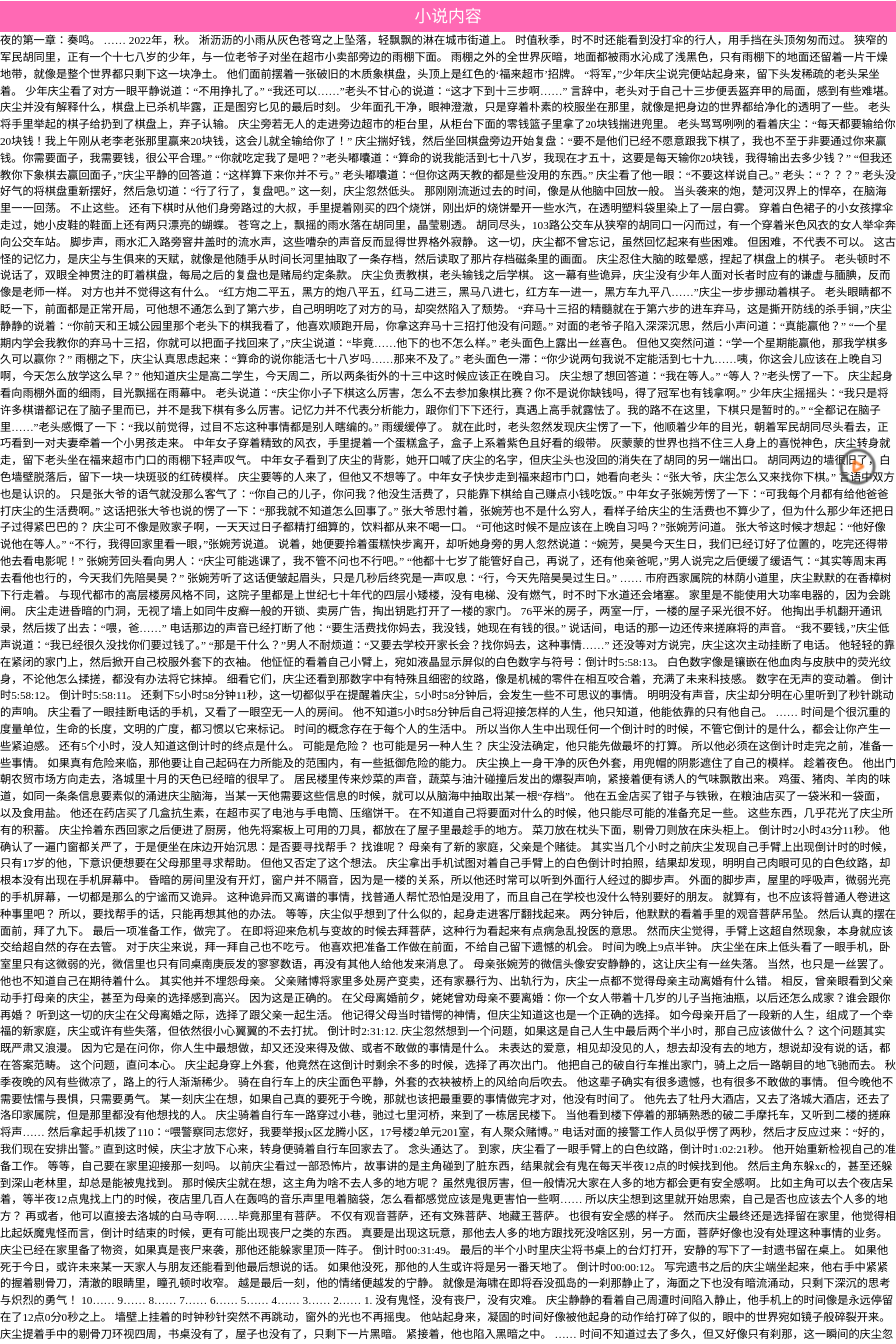
Repository: razzh7/javascript-demo
Page: 自动阅读插件/detail.html
An editor plug-in stored every save of this project. The page is shown before and after the next save, followed by the edit.
The browser window is 1280 px wide. The pictures show the part of the page from y = 0 to 1920 px (the page is 3596 px tall), at 70% of full size.
After loading, the first visible `a.btn-play` was clicked once.

Above is the page before, as saved 2021-06-30 09:25:48.

### 自动阅读插件/detail.html
<!DOCTYPE html>
<html lang="en">
<head>
  <meta charset="UTF-8">
  <meta http-equiv="X-UA-Compatible" content="IE=edge">
  <meta name="viewport" content="width=device-width, initial-scale=1.0">
  <title>小说内容</title>
  <link rel="stylesheet" href="./css/common.css" />
  <link rel="stylesheet" href="./css/detail.css" />
</head>
<body>
  <div class="list-hd">
    <h2>小说内容</h2>
  </div>
  <div class="container">
    夜的第一章：奏鸣。

    ……

    2022年，秋。

    淅沥沥的小雨从灰色苍穹之上坠落，轻飘飘的淋在城市街道上。

    时值秋季，时不时还能看到没打伞的行人，用手挡在头顶匆匆而过。

    狭窄的军民胡同里，正有一个十七八岁的少年，与一位老爷子对坐在超市小卖部旁边的雨棚下面。

    雨棚之外的全世界灰暗，地面都被雨水沁成了浅黑色，只有雨棚下的地面还留着一片干燥地带，就像是整个世界都只剩下这一块净土。

    他们面前摆着一张破旧的木质象棋盘，头顶上是红色的‘福来超市’招牌。

    “将军，”少年庆尘说完便站起身来，留下头发稀疏的老头呆坐着。

    少年庆尘看了对方一眼平静说道：“不用挣扎了。”

    “我还可以……”老头不甘心的说道：“这才下到十三步啊……”

    言辞中，老头对于自己十三步便丢盔弃甲的局面，感到有些难堪。

    庆尘并没有解释什么，棋盘上已杀机毕露，正是图穷匕见的最后时刻。

    少年面孔干净，眼神澄澈，只是穿着朴素的校服坐在那里，就像是把身边的世界都给净化的透明了一些。

    老头将手里举起的棋子给扔到了棋盘上，弃子认输。

    庆尘旁若无人的走进旁边超市的柜台里，从柜台下面的零钱篮子里拿了20块钱揣进兜里。

    老头骂骂咧咧的看着庆尘：“每天都要输给你20块钱！我上午刚从老李老张那里赢来20块钱，这会儿就全输给你了！”

    庆尘揣好钱，然后坐回棋盘旁边开始复盘：“要不是他们已经不愿意跟我下棋了，我也不至于非要通过你来赢钱。你需要面子，我需要钱，很公平合理。”

    “你就吃定我了是吧？”老头嘟囔道：“算命的说我能活到七十八岁，我现在才五十，这要是每天输你20块钱，我得输出去多少钱？”

    “但我还教你下象棋去赢回面子，”庆尘平静的回答道：“这样算下来你并不亏。”

    老头嘟囔道：“但你这两天教的都是些没用的东西。”

    庆尘看了他一眼：“不要这样说自己。”

    老头：“？？？”

    老头没好气的将棋盘重新摆好，然后急切道：“行了行了，复盘吧。”

    这一刻，庆尘忽然低头。

    那刚刚流逝过去的时间，像是从他脑中回放一般。

    当头袭来的炮，楚河汉界上的悍卒，在脑海里一一回荡。

    不止这些。

    还有下棋时从他们身旁路过的大叔，手里提着刚买的四个烧饼，刚出炉的烧饼晕开一些水汽，在透明塑料袋里染上了一层白雾。

    穿着白色裙子的小女孩撑伞走过，她小皮鞋的鞋面上还有两只漂亮的蝴蝶。

    苍穹之上，飘摇的雨水落在胡同里，晶莹剔透。

    胡同尽头，103路公交车从狭窄的胡同口一闪而过，有一个穿着米色风衣的女人举伞奔向公交车站。

    脚步声，雨水汇入路旁窨井盖时的流水声，这些嘈杂的声音反而显得世界格外寂静。

    这一切，庆尘都不曾忘记，虽然回忆起来有些困难。

    但困难，不代表不可以。

    这古怪的记忆力，是庆尘与生俱来的天赋，就像是他随手从时间长河里抽取了一条存档，然后读取了那片存档磁条里的画面。

    庆尘忍住大脑的眩晕感，捏起了棋盘上的棋子。

    老头顿时不说话了，双眼全神贯注的盯着棋盘，每局之后的复盘也是赌局约定条款。

    庆尘负责教棋，老头输钱之后学棋。

    这一幕有些诡异，庆尘没有少年人面对长者时应有的谦虚与腼腆，反而像是老师一样。

    对方也并不觉得这有什么。

    “红方炮二平五，黑方的炮八平五，红马二进三，黑马八进七，红方车一进一，黑方车九平八……”庆尘一步步挪动着棋子。

    老头眼睛都不眨一下，前面都是正常开局，可他想不通怎么到了第六步，自己明明吃了对方的马，却突然陷入了颓势。

    “弃马十三招的精髓就在于第六步的进车弃马，这是撕开防线的杀手锏，”庆尘静静的说着：“你前天和王城公园里那个老头下的棋我看了，他喜欢顺跑开局，你拿这弃马十三招打他没有问题。”

    对面的老爷子陷入深深沉思，然后小声问道：“真能赢他？”

    “一个星期内学会我教你的弃马十三招，你就可以把面子找回来了，”庆尘说道：“毕竟……他下的也不怎么样。”

    老头面色上露出一丝喜色。

    但他又突然问道：“学一个星期能赢他，那我学棋多久可以赢你？”

    雨棚之下，庆尘认真思虑起来：“算命的说你能活七十八岁吗……那来不及了。”

    老头面色一滞：“你少说两句我说不定能活到七十九……咦，你这会儿应该在上晚自习啊，今天怎么放学这么早？”

    他知道庆尘是高二学生，今天周二，所以两条街外的十三中这时候应该正在晚自习。

    庆尘想了想回答道：“我在等人。”

    “等人？”老头愣了一下。

    庆尘起身看向雨棚外面的细雨，目光飘摇在雨幕中。

    老头说道：“庆尘你小子下棋这么厉害，怎么不去参加象棋比赛？你不是说你缺钱吗，得了冠军也有钱拿啊。”

    少年庆尘摇摇头：“我只是将许多棋谱都记在了脑子里而已，并不是我下棋有多么厉害。记忆力并不代表分析能力，跟你们下下还行，真遇上高手就露怯了。我的路不在这里，下棋只是暂时的。”

    “全都记在脑子里……”老头感慨了一下：“我以前觉得，过目不忘这种事情都是别人瞎编的。”

    雨缓缓停了。

    就在此时，老头忽然发现庆尘愣了一下，他顺着少年的目光，朝着军民胡同尽头看去，正巧看到一对夫妻牵着一个小男孩走来。

    中年女子穿着精致的风衣，手里提着一个蛋糕盒子，盒子上系着紫色且好看的缎带。

    灰蒙蒙的世界也挡不住三人身上的喜悦神色，庆尘转身就走，留下老头坐在福来超市门口的雨棚下轻声叹气。

    中年女子看到了庆尘的背影，她开口喊了庆尘的名字，但庆尘头也没回的消失在了胡同的另一端出口。

    胡同两边的墙很旧了，白色墙壁脱落后，留下一块一块斑驳的红砖模样。

    庆尘要等的人来了，但他又不想等了。中年女子快步走到福来超市门口，她看向老头：“张大爷，庆尘怎么又来找你下棋。”

    言语中双方也是认识的。

    只是张大爷的语气就没那么客气了：“你自己的儿子，你问我？他没生活费了，只能靠下棋给自己赚点小钱吃饭。”

    中年女子张婉芳愣了一下：“可我每个月都有给他爸爸打庆尘的生活费啊。”

    这话把张大爷也说的愣了一下：“那我就不知道怎么回事了。”

    张大爷思忖着，张婉芳也不是什么穷人，看样子给庆尘的生活费也不算少了，但为什么那少年还把日子过得紧巴巴的？

    庆尘可不像是败家子啊，一天天过日子都精打细算的，饮料都从来不喝一口。

    “可他这时候不是应该在上晚自习吗？”张婉芳问道。

    张大爷这时候才想起：“他好像说他在等人。”

    “不行，我得回家里看一眼，”张婉芳说道。

    说着，她便要拎着蛋糕快步离开，却听她身旁的男人忽然说道：“婉芳，昊昊今天生日，我们已经订好了位置的，吃完还得带他去看电影呢！”

    张婉芳回头看向男人：“庆尘可能逃课了，我不管不问也不行吧。”

    “他都十七岁了能管好自己，再说了，还有他亲爸呢，”男人说完之后便缓了缓语气：“其实等周末再去看他也行的，今天我们先陪昊昊？”

    张婉芳听了这话便皱起眉头，只是几秒后终究是一声叹息：“行，今天先陪昊昊过生日。”

    ……

    市府西家属院的林荫小道里，庆尘默默的在香樟树下行走着。

    与现代都市的高层楼房风格不同，这院子里都是上世纪七十年代的四层小矮楼，没有电梯、没有燃气，时不时下水道还会堵塞。

    家里是不能使用大功率电器的，因为会跳闸。

    庆尘走进昏暗的门洞，无视了墙上如同牛皮癣一般的开锁、卖房广告，掏出钥匙打开了一楼的家门。

    76平米的房子，两室一厅，一楼的屋子采光很不好。

    他掏出手机翻开通讯录，然后拨了出去：“喂，爸……”

    电话那边的声音已经打断了他：“要生活费找你妈去，我没钱，她现在有钱的很。”

    说话间，电话的那一边还传来搓麻将的声音。

    “我不要钱，”庆尘低声说道：“我已经很久没找你们要过钱了。”

    “那是干什么？”男人不耐烦道：“又要去学校开家长会？找你妈去，这种事情……”

    还没等对方说完，庆尘这次主动挂断了电话。

    他轻轻的靠在紧闭的家门上，然后掀开自己校服外套下的衣袖。

    他怔怔的看着自己小臂上，宛如液晶显示屏似的白色数字与符号：倒计时5:58:13。

    白色数字像是镶嵌在他血肉与皮肤中的荧光纹身，不论他怎么揉搓，都没有办法将它抹掉。

    细看它们，庆尘还看到那数字中有特殊且细密的纹路，像是机械的零件在相互咬合着，充满了未来科技感。

    数字在无声的变动着。

    倒计时5:58:12。

    倒计时5:58:11。

    还剩下5小时58分钟11秒，这一切都似乎在提醒着庆尘，5小时58分钟后，会发生一些不可思议的事情。

    明明没有声音，庆尘却分明在心里听到了秒针跳动的声响。

    庆尘看了一眼挂断电话的手机，又看了一眼空无一人的房间。

    他不知道5小时58分钟后自己将迎接怎样的人生，他只知道，他能依靠的只有他自己。

    ……

    时间是个很沉重的度量单位，生命的长度，文明的广度，都习惯以它来标记。

    时间的概念存在于每个人的生活中。

    所以当你人生中出现任何一个倒计时的时候，不管它倒计的是什么，都会让你产生一些紧迫感。

    还有5个小时，没人知道这倒计时的终点是什么。

    可能是危险？

    也可能是另一种人生？

    庆尘没法确定，他只能先做最坏的打算。

    所以他必须在这倒计时走完之前，准备一些事情。

    如果真有危险来临，那他要让自己起码在力所能及的范围内，有一些抵御危险的能力。

    庆尘换上一身干净的灰色外套，用兜帽的阴影遮住了自己的模样。

    趁着夜色。

    他出门朝农贸市场方向走去，洛城里十月的天色已经暗的很早了。

    居民楼里传来炒菜的声音，蔬菜与油汁碰撞后发出的爆裂声响，紧接着便有诱人的气味飘散出来。

    鸡蛋、猪肉、羊肉的味道，如同一条条信息要素似的涌进庆尘脑海，当某一天他需要这些信息的时候，就可以从脑海中抽取出某一根“存档”。

    他在五金店买了钳子与铁锹，在粮油店买了一袋米和一袋面，以及食用盐。

    他还在药店买了几盒抗生素，在超市买了电池与手电筒、压缩饼干。

    在不知道自己将要面对什么的时候，他只能尽可能的准备充足一些。

    这些东西，几乎花光了庆尘所有的积蓄。

    庆尘拎着东西回家之后便进了厨房，他先将案板上可用的刀具，都放在了屋子里最趁手的地方。

    菜刀放在枕头下面，剔骨刀则放在床头柜上。

    倒计时2小时43分11秒。

    他确认了一遍门窗都关严了，于是便坐在床边开始沉思：是否要寻找帮手？

    找谁呢？

    母亲有了新的家庭，父亲是个赌徒。

    其实当几个小时之前庆尘发现自己手臂上出现倒计时的时候，只有17岁的他，下意识便想要在父母那里寻求帮助。

    但他又否定了这个想法。

    庆尘拿出手机试图对着自己手臂上的白色倒计时拍照，结果却发现，明明自己肉眼可见的白色纹路，却根本没有出现在手机屏幕中。

    昏暗的房间里没有开灯，窗户并不隔音，因为是一楼的关系，所以他还时常可以听到外面行人经过的脚步声。

    外面的脚步声，屋里的呼吸声，微弱光亮的手机屏幕，一切都是那么的宁谧而又诡异。

    这种诡异而又离谱的事情，找普通人帮忙恐怕是没用了，而且自己在学校也没什么特别要好的朋友。

    就算有，也不应该将普通人卷进这种事里吧？

    所以，要找帮手的话，只能再想其他的办法。

    等等，庆尘似乎想到了什么似的，起身走进客厅翻找起来。

    两分钟后，他默默的看着手里的观音菩萨吊坠。

    然后认真的摆在面前，拜了九下。

    最后一项准备工作，做完了。  在即将迎来危机与变故的时候去拜菩萨，这种行为看起来有点病急乱投医的意思。

    然而庆尘觉得，手臂上这超自然现象，本身就应该交给超自然的存在去管。

    对于庆尘来说，拜一拜自己也不吃亏。

    他喜欢把准备工作做在前面，不给自己留下遗憾的机会。

    时间为晚上9点半钟。

    庆尘坐在床上低头看了一眼手机，卧室里只有这微弱的光，微信里也只有同桌南庚辰发的寥寥数语，再没有其他人给他发来消息了。

    母亲张婉芳的微信头像安安静静的，这让庆尘有一丝失落。

    当然，也只是一丝罢了。

    他也不知道自己在期待着什么。

    其实他并不埋怨母亲。

    父亲赌博将家里多处房产变卖，还有家暴行为、出轨行为，庆尘一点都不觉得母亲主动离婚有什么错。

    相反，曾亲眼看到父亲动手打母亲的庆尘，甚至为母亲的选择感到高兴。

    因为这是正确的。

    在父母离婚前夕，姥姥曾劝母亲不要离婚：你一个女人带着十几岁的儿子当拖油瓶，以后还怎么成家？谁会跟你再婚？

    听到这一切的庆尘在父母离婚之际，选择了跟父亲一起生活。

    他记得父母当时错愕的神情，但庆尘知道这也是一个正确的选择。

    如今母亲开启了一段新的人生，组成了一个幸福的新家庭，庆尘或许有些失落，但依然很小心翼翼的不去打扰。

    倒计时2:31:12.

    庆尘忽然想到一个问题，如果这是自己人生中最后两个半小时，那自己应该做什么？

    这个问题其实既严肃又浪漫。

    因为它是在问你，你人生中最想做，却又还没来得及做、或者不敢做的事情是什么。

    未表达的爱意，相见却没见的人，想去却没有去的地方，想说却没有说的话，都在答案范畴。

    这个问题，直问本心。

    庆尘起身穿上外套，他竟然在这倒计时剩余不多的时候，选择了再次出门。

    他把自己的破自行车推出家门，骑上之后一路朝目的地飞驰而去。

    秋季夜晚的风有些微凉了，路上的行人渐渐稀少。

    骑在自行车上的庆尘面色平静，外套的衣袂被桥上的风给向后吹去。

    他这辈子确实有很多遗憾，也有很多不敢做的事情。

    但今晚他不需要怯懦与畏惧，只需要勇气。

    某一刻庆尘在想，如果自己真的要死于今晚，那就也该把最重要的事情做完才对，他没有时间了。

    他先去了牡丹大酒店，又去了洛城大酒店，还去了洛印家属院，但是那里都没有他想找的人。

    庆尘骑着自行车一路穿过小巷，驰过七里河桥，来到了一栋居民楼下。

    当他看到楼下停着的那辆熟悉的破二手摩托车，又听到二楼的搓麻将声……

    然后拿起手机拨了110：“喂警察同志您好，我要举报jx区龙腾小区，17号楼2单元201室，有人聚众赌博。”

    电话对面的接警工作人员似乎愣了两秒，然后才反应过来：“好的，我们现在安排出警。”

    直到这时候，庆尘才放下心来，转身便骑着自行车回家去了。

    念头通达了。

    到家，庆尘看了一眼手臂上的白色纹路，倒计时1:02:21秒。

    他开始重新检视自己的准备工作。

    等等，自己要在家里迎接那一刻吗。

    以前庆尘看过一部恐怖片，故事讲的是主角碰到了脏东西，结果就会有鬼在每天半夜12点的时候找到他。

    然后主角东躲xc的，甚至还躲到深山老林里，却总是能被鬼找到。

    那时候庆尘就在想，这主角为啥不去人多的地方呢？

    虽然鬼很厉害，但一般情况大家在人多的地方都会更有安全感啊。

    比如主角可以去个夜店呆着，等半夜12点鬼找上门的时候，夜店里几百人在轰鸣的音乐声里甩着脑袋，怎么看都感觉应该是鬼更害怕一些啊……

    所以庆尘想到这里就开始思索，自己是否也应该去个人多的地方？

    再或者，他可以直接去洛城的白马寺啊……毕竟那里有菩萨。

    不仅有观音菩萨，还有文殊菩萨、地藏王菩萨。

    也很有安全感的样子。

    然而庆尘最终还是选择留在家里，他觉得相比起妖魔鬼怪而言，倒计时结束的时候，更有可能出现丧尸之类的东西。

    真要是出现这玩意，那他去人多的地方跟找死没啥区别，另一方面，菩萨好像也没有处理这种事情的业务。

    庆尘已经在家里备了物资，如果真是丧尸来袭，那他还能躲家里顶一阵子。

    倒计时00:31:49。

    最后的半个小时里庆尘将书桌上的台灯打开，安静的写下了一封遗书留在桌上。

    如果他死于今日，或许未来某一天家人与朋友还能看到他最后想说的话。

    如果他没死，那他的人生或许将是另一番天地了。

    倒计时00:00:12。

    写完遗书之后的庆尘端坐起来，他右手中紧紧的握着剔骨刀，清澈的眼睛里，瞳孔顿时收窄。

    越是最后一刻，他的情绪便越发的宁静。

    就像是海啸在即将吞没孤岛的一刹那静止了，海面之下也没有暗流涌动，只剩下深沉的思考与炽烈的勇气！

    10……

    9……

    8……

    7……

    6……

    5……

    4……

    3……

    2……

    1.

    没有鬼怪，没有丧尸，没有灾难。

    庆尘静静的看着自己周遭时间陷入静止，他手机上的时间像是永远停留在了12点0分0秒之上。

    墙壁上挂着的时钟秒针突然不再跳动，窗外的光也不再摇曳。

    他站起身来，凝固的时间好像被他起身的动作给打碎了似的，眼中的世界宛如镜子般碎裂开来。

    庆尘提着手中的剔骨刀环视四周，书桌没有了，屋子也没有了，只剩下一片黑暗。

    紧接着，他也陷入黑暗之中。

    ……

    时间不知道过去了多久，但又好像只有刹那，这一瞬间的庆尘忽然失去了时间的概念。

    黑暗里，世界的碎片开始重新拼凑，那不知道从何而来的碎片，刹那间组合成了一个焕然一新的世界。

    庆尘躺在一张狭窄的硬板床上，这里是完全陌生的环境，他从不曾来过。

    他先是看向自己的手掌，那里空无一物，原本握着的剔骨刀也早就消失不见。

    他再看向手臂，赫然发现手臂上的白色纹路已经改变。

    “回归倒计时48:00:00.”

    48小时，也就是2天，庆尘思忖着。
    穿越了吗？

    所以倒计时的尽头就是穿越到另一个时空，而回归倒计时是指，回去的时间。

    想到这里庆尘先松了口气，能回去就是好事。

    虽然那边也未必会有人惦记他，母亲有了新的生活，顾不上惦记他，父亲……应该在看守所呢。

    所以应该也顾不上惦记他。

    可是即便如此，自己还是想回去看看。

    而现在他所要做的事情，就是在这48小时里好好的活着。

    那么……现在是倒计时第一天。

    庆尘开始重新审视眼前的这个“新世界”。

    当世界重新拼凑起来的那一刻，庆尘看到自己身上的囚服，便瞬间明白了自己的处境。

    他身处一间灰色晦暗的屋中，除了一面充满了科技感的合金闸门外，其他地方是完全封闭的墙。

    90公分宽的门上有着一扇小窗户，但现在窗户是关闭的。

    囚室是单间，里面只有一张床，上面铺着一层薄薄的床单。

    旁边还有一个置物架子，架子上除了被子、牙刷、毛巾之外，空空如也。

    囚室墙壁是灰色的，可让庆尘不能理解的是，这灰色的墙壁在外面微光照亮下，分明在散发出金属的光泽。

    金属墙？

    庆尘坐起身子怔怔的抚摸墙壁，什么地方才会使用这种不计成本的建筑材料？

    很明显，这里不属于他曾经认知的那个世界了。

    他迅速低头看向自己手掌，这手掌上的指纹与曾经的他完全一致，就连手上的毛孔位置都半分不差。

    这就是他自己的身体。

    穿梭到这个世界之后，庆尘手里的剔骨刀不见了，自己身上原本的衣服也不见了，但身体确确实实是他自己的。

    指纹与毛孔位置做不了假。

    庆尘抱着膝盖坐在床上，他望着厚重的合金门，不知道在想些什么。

    慢慢的，门外开始嘈杂起来，甚至还有人用力拍打合金牢门的声音。

    庆尘慢慢走到门边，试图贴着门听听外面在吼叫什么，结果还没等他听清楚，合金门便发出了清晰的气压传动声，门开了。

    他看向门外，门外是一条回型走廊。

    这正方形的监狱堡垒里有七层，每一层都有着密密麻麻排列整齐的囚室。

    外面空旷而又硕大的监狱堡垒里，只有零星的灯光亮着，一扇扇打开的合金门里是昏暗的囚室，像是关着一头头野兽。

    庆尘站在门里，似乎他只要踏出这一步，就会走向一个不可知的人生。

    广阔的监狱里，不知何处的广播突然响起，里面是一个好听的女性声音：“早晨七点整，早餐时间，请所有服刑人员依次队列，前往餐厅就餐。”

    声音在监狱堡垒里回荡着，而庆尘依旧看着眼前的门槛。

    似乎只要他踏出去，一切都不一样了。

    其实他觉得自己从某一刻开始，就已经有所不同了。

    从什么时候开始的呢？

    大概是……当他以为生命只剩下最后两个半小时，于是就去做了自己最想做却以前不敢做的事情。

    自己连亲爹都举报了，还有什么不敢面对的。

    他踏出囚室。

    可下一刻他又愣住了。

    只见外面并不宽敞的走廊里，每个囚室门前都站着一名囚犯。

    庆尘的瞳孔骤然收缩：

    一位老头佝偻着背部朝他看来，只见对方有眼眶里，竟是一只泛着红色微光的机械眼睛，对方整个右眼眶都是机械构造，这金属部件一直延展到右侧的太阳穴位置。

    机械眼睛看起来并不精致，甚至还有些粗糙，但不知道为什么庆尘从这只盯着他的眼睛里，感受到了压迫感。

    似乎，对方正在解析他身上的细节。

    就像是他用记忆力解析别人一样。

    一位魁梧的中年囚犯，右手臂竟完全由机械组成，对方活动着手指，庆尘还能听到对方手掌开合时，机械零件转动的金属声。

    那粗壮的金属手臂，像是虬结的钢铁肌肉般，强硬而暴躁。

    这整个监狱要塞里，竟是有一半的人都拥有机械肢体。

    机械文明。

    庆尘脑中蹦出了这四个字。

    还没等他继续思考，却见隔壁囚室那魁梧的囚犯冲他笑了笑：“喂，新来的，早饭不要吃太多，不然吐出来的时候会很难看。”

    话音一落，走廊上传出了不少人的哄笑声：“听说昨天晚上新来了十二个人，今天可以娱乐娱乐。”

    “这小子身上一点机械肢体都没有，看样子在外面也没什么关系。”

    听到“新来的”三个字时，庆尘一愣，他还以为对方知道自己刚刚从地球穿越过来。

    但很快他就反应过来，这“新来的”应该是指他刚进监狱，对方应该是不知道自己地球人身份的。

    而且庆尘皱眉思索着，对方所谓的娱乐，对自己来说恐怕会是一场灾难。

    可问题是，自己该如何在这群机械“野兽”之中生存？

    他克制着自己内心的躁动与恐惧，一个普通高二学生面对突如其来的凶狠变故，庆尘唯一能做的就是先强迫自己不表露任何异样。

    因为他不知道，如果自己来自另一个世界的事情暴露了，会招来怎样的后果。

    忽然间，对面四楼走廊上有一名少年抓狂起来：“这是什么地方！我要回家！我不要呆在这种鬼地方，你们是什么人！？我是黄济先，我爸是洛城永利集团的董事长，你们离我远点！”

    说着，那少年竟是沿着走廊疯狂奔跑起来。

    其他人并没有动，就像是看热闹似的站在原地观望，依旧保持着准备前往食堂吃饭的队列。

    有人有些疑惑：“洛城是哪里？”

    骤然间，庆尘听到头顶有蜂鸣声传来，他抬头看去赫然发现高而深邃的天花板上，正有四架如同铁盒子般的无人机脱离了墙壁，开始向下坠落。

    庆尘目光停留在天花板上，合金材质的墙壁上，竟是整齐的“嵌着”十八台加特林一样的六管机枪炮台倒悬着。

    随着那慌乱少年的跑动，其中九台机枪的枪口也在转动！

    “请停止走动，”无人机上发出女性声音：“再次警告，请停止走动。”

    紧接着，监狱堡垒里响起女性声音的广播声：“请所有服刑人员原地待命。”

    仅仅十多秒的时间，四架无人机便将那少年死死的堵在走廊某处，每架无人机的正下方都有枪口指着他。

    与此同时，监狱堡垒下方也有闸口打开，9名举着不知名枪械的机器人正全速进场。

    少年恐惧无比的靠墙跌坐着，而庆尘则冷冷的注视着这一切。

    对方的行为有些过激，但是却帮助庆尘了解到许多信息。

    机枪、无人机、机器人、机械肢体，无数的信息一时间全部汇入他脑中。

    但令庆尘最诧异的其实是，他看着那少年的一切表现忽然意识到：自己可能并不是唯一一个从地球来到这里的人。

    不是第一个，应该也不是最后一个。 曾经庆尘也想过，会不会有其他人手臂上也出现倒计时？

    正是因为有这个猜测，他才会那么小心谨慎的坐地铁去很远的地方验证一些事情，以免日后被人寻线索找到。

    但是后来一系列变故接踵而至，让庆尘几乎遗忘了这个猜测。

    现在看来，他的猜测最终成了现实。

    从地球穿越到这个世界的人一定不少，光这监狱都有两个，就更不用提监狱以外的世界了。

    穿越者有多少人？几百？几千？

    他们又是因为什么穿越？

    庆尘无法确定。

    “这次来的新人有点意思啊，怕不是个傻子吧，”有人看着崩溃的那个少年嬉笑道：“我听说他是因为偷税漏税判了7年进来的？昨天被押进来的时候没哭，到现在才哭。”

    “这年头敢惹税务征收机构的人，不是傻子是什么……”

    庆尘朝声音来源处看去，正是一名装载了机械双腿的青年男子，对方见他看去，便挑起嘴角笑道：“喂，新来的，你做好准备了吗？”

    周围人群顿时哄笑起来，似乎都等着看好戏了。

    这个地方，明明如此科幻与先进，可是人类那恶的一面好像并没有什么改变。

    庆尘皱眉，却没有理会，他重新看向那个被无人机围起来的少年。

    恐怕只有他知道，对方昨天没哭、今天才哭的原因是：对方今天和自己一样，刚刚从地球那个“温室”穿越过来，有点接受不了这个现实。

    这不是猜测，而是他见过对方。

    庆尘今年17岁，在洛城外国语学校上高二。

    而这位崩溃的少年则是高一年级的。

    两人并没有过任何交集，只是庆尘过目不忘，只要看见过的就很难忘记。

    这倒是让庆尘有些诧异，难道穿越前所在位置相近，穿越后的位置也会距离很近吗？

    他没法确定。

    不过庆尘倒是发现了一件事情：这里的人全都在说普通话，竟是没有一个说方言的。

    此时此刻，机器警卫正沿着楼梯冲上去，每次踏步都能跨越五阶楼梯，并伴随着独特的液压传动声响。

    那名少年，已经哭的不成人样了。

    这座监狱堡垒里有一半人都装载了机械肢体，在这种钢铁猛兽环伺的地方遇到地球人，颇有种他乡遇故知的感觉。

    一般人在陌生的地方遇到“同乡”，都会升起一种莫名的安全感。

    可庆尘并没有这种感觉，他看着那个已经濒临崩溃的少年便意识到，“同乡”并不一定能帮到你，反而可能成为一种拖累。

    不是所有人在面对这初来乍到的机械文明，还能保持冷静。

    他现在要做的是先撑过这初来乍到的两天，然后回到地球去了解这一切到底是为什么。

    庆尘低调的默默观望着，不知道为什么，他此时此刻的心情反而更镇定了一些。

    直到这时，所有囚犯都还站在原地一动不动。

    他环顾监狱堡垒，刚刚从监区外闸门冲来的9名机器人，留下了3名在楼下的广场戒严，其余的则上楼将那名恐慌的少年带走。

    楼下广场很宽阔，感觉有一个足球场大小。

    开放式的广场又分成好几个区域：餐厅、健身器材娱乐区域、阅读区、影音区等等……

    这些区域之间并没有什么隔断，像是一个大型的自由活动场所，而这广场边缘，则分布着8个大型钢铁闸门。

    那些闸门之大，怕是可以允许装甲车直接通过。

    忽然间庆尘愣住了，他看到已经有三个人不知何时出现在楼下广场的餐桌旁了。

    一名看起来四十多岁的中年男人坐着，另外两名年轻人笑眯眯的守在他身旁，然后饶有兴致的抬头打量着楼上的囚犯们。

    中年男人面前放着一张象棋盘，棋盘上则是摆好了一副残局。

    最令人惊异的是，那餐桌上的棋盘旁，竟然还卧着一只揣着爪子打盹的猫，灰色，耳朵上有两丛尖尖的毛，看起来有点像猞猁，但又不是。

    缅因猫。

    监狱里还能养猫？！

    庆尘有些惊愕，他刚才的目光被“同乡”吸引，以至于他都没看到这三人一猫是什么时候来到广场的。

    此时，只见那中年男人专心致志的盯着棋盘，仿佛楼上发生的事情与他毫无关系一样。

    而且，最令庆尘诧异的是，就连广场上的那些机器人都当这三人一猫不存在似的。

    楼上的严肃紧张，与楼下的轻松从容，像是两个不同世界般的鲜明对比。

    这三人中，两个年轻人穿着正常的蓝白相间囚服，而中年男人却是穿了一身白色练功服。

    在这灰暗压抑的环境里，那抹白色出尘极了。

    庆尘暗自思忖，难道这是监狱长？

    不对，虽然对方穿着异于其他囚犯的练功服，可那练功服胸口还绣着小小的黑色服刑编号。

    这中年男人也是监狱的一名服刑人员，只不过是最特殊的那一个。

    仿佛感受到了他的目光，中年男人身旁的一名年轻人竟突然转头，笑意盈盈的回看着他了一眼。

    庆尘立刻收回了。

    待到那名崩溃的地球少年被带走后，监狱堡垒里再次响起了广播：“按队列依次前往餐厅就餐。”

    话音刚落，庆尘便看到所有囚犯向右转，然后排着长长的队形，沿着楼梯往广场前进。

    直到这时候庆尘才有机会统计所有囚犯人数：包括他，3102名。

    这监狱堡垒总共七层，每层囚犯组成一支队伍，由队伍最前方的囚犯带领着，井然有序的依次前往餐厅。

    在此期间没人插队，也没人脱离队伍，庆尘感觉这里所有人都像是在按照既定好的程序运转一样，一切都被人“约束”好了。

    这种秩序，直到每个人从机器人窗口打完饭菜才结束。

    似乎打完饭菜就可以自由活动了。

    庆尘他们住在第五层，所以轮到他们打饭的时候，前面第一层的人已经结束用餐了，只见两名身材魁梧的囚犯拉扯着一个年轻人，直接往距离餐厅最近的一楼囚室走去，还有不少人跟在旁边起哄。

    还有人交代着：“赶紧把他拉进囚室，不要在广场上弄伤他，小心机器狱警插手。”

    拉扯着年轻人的囚犯漫不经心的回应道：“放心，我不是杨杰那种蠢货。”

    与此同时，那年轻人奋力挣扎着、嘶吼着：“放开我！”

    可是就在他快要被拉进囚室的时候，年轻人的声音已经转为哀求：“求求你们饶了我吧！”

    然而不管他怎么说，都没有人理会他的请求，反而招来了更嘈杂的嘲笑声。

    突然间，他前方安装着机械眼睛的老头转身笑道：“别东张西望了，待会儿就轮到你了。”

    庆尘平静的看了他一眼，老头忽然感觉对面这少年的眼神好像有些不同，也不知道为什么，他竟然感觉内心里突然一紧。

    在窗口打完饭，队形就散乱了。

    庆尘发现身边三个人若有若无的朝自己靠近过来，像是要直接控制他！

    他顿时加快了步伐，而对方也同样加快了步伐，将他紧紧围在当中！

    下一刻，这监狱堡垒里的画面宛如在庆尘脑海中细细过了一遍似的。

    穹顶上18台钢铁野兽般的机枪安静待命，犹如沉睡的猛虎。

    72台无人机悬挂在灰色合金天花板的卡槽里，犹如沉眠的黄蜂。

    210台监控缓缓转动角度，广场内3台机器人持枪伫立。

    囚犯们一个接一个从窗口领取着饭菜，有人抱怨着今天又是难吃的合成肉。

    水池旁边有人在洗刷餐盘，还有人替别人洗刷餐盘。

    广场上随着越来越多的人就餐结束，开始变的热闹起来，大家来往穿梭着，有的去了健身区，有的则围观者新人仪式。

    但是，所有人都下意识避开了那位盯着棋盘的中年男人。

    男人依旧认真的看着棋盘，周围五米都无人靠近，就像是海平面上镇静且坚硬的礁石，所有汹涌海水与船只都必须退让。

    庆尘忽然间端着餐盘，加速从三人包围圈里穿过，朝中年男人方向走去。

    看着他前进的方向，很多人都忽然意识到这个新来的想要干嘛。

    渐渐的，越来越多人把目光转向他，并窃窃私语，一个个囚犯脸上的表情，都仿佛等着看他笑话。

    发现中年男人异常的监狱新人很多，想要依靠对方摆脱困境的监狱新人也很多，庆尘从来都不是唯一一个。

    但事实上所有人都失败了。

    只是，庆尘对那些戏谑声充耳不闻，继续旁若无人的手端餐盘，穿过人群。

    还没等他靠近，便被中年人身边的年轻人拦下了，对方笑着说道：“新来的，我知道你打的什么算盘，但我们不会帮你。”

    对方猜中了庆尘的想法，而庆尘则将目光投向年轻人身后。

    中年人对身旁发生的这一切都充耳不闻，好像什么都没听到似的。

    他认真的看着中年男人说道：“前兵进一，这残局我能解。”

    中年男人直到这时才抬起头来，然后广场上便突然安静了，猫也睁开了眼睛。

    ……

    感谢海魂衣成为本书白银大盟。
  </div>
  <a href="javascript:;" class="btn-top"></a>
  <a href="javascript:;" class="btn-play"></a>
  <script type="text/javascript" src="./js/utils.js"></script>
  <script type="text/javascript" src="./js/auto_read.js"></script>
  <script type="text/javascript">
    var autoRead = new AutoRead({
      btnTop: document.getElementsByClassName('btn-top')[0],
      btnplay: document.getElementsByClassName('btn-play')[0]
    })
  </script>
</body>
</html>

### 自动阅读插件/css/common.css
body {
  margin: 0;
}
div {
  box-sizing: border-box;
}
h1,
h2,
h3,
h4,
h5,
h6,p {
  margin: 0;
  font-weight: normal;
}
ul {
  margin: 0;
  padding: 0;
}
img {
  height: 100%;
}
a {
  text-decoration: none;
}
.list-hd {
  position: fixed;
  top: 0;
  left: 0;
  width: 100%;
  height: 44px;
  line-height: 44px;
  text-align: center;
  background-color: hotpink;
  color: #fff;
  z-index: 1;
}
.container {
  margin-top: 44px;
}

### 自动阅读插件/css/detail.css
.btn-top {
  display: none;
  position: fixed;
  bottom: 100px;
  right: 25px;
  width: 60px;
  height: 60px;
  border-radius: 50%;
  background: #fff url(../img/rkt.png) no-repeat 0 0/100% 100%;
  opacity: .8;
}
.btn-play {
  position: fixed;
  bottom: 25px;
  right: 25px;
  width: 60px;
  height: 60px;
  border-radius: 50%;
  background: url(../img/playing.png) no-repeat 0 0/100% 100%;
  opacity: .8;
}
.btn-top:hover,.btn-play:hover{
  opacity: 1;
}

### 自动阅读插件/js/auto_read.js
;(function(){
  var timer = null,
      playing = true,
      htmlHeight = getScrollSize(),  //获取整个文档的高度
      nowView = getViewPortSize();  //获取视口高度
      // sTopScroll = getScrollOffset().top; //获取滚动条滚动距离
  var AutoRead = function(opt){
    this.btnTop = opt.btnTop;
    this.btnplay = opt.btnplay;
    this.sTopScroll = getScrollOffset().top;
    var _self = this;
    addEvent(this.btnTop, 'click', function(){
      //点击小火箭返回顶部
      window.scrollTo(0, 0);
    })
    addEvent(this.btnplay, 'click', function(){
      _self.setAutoPlay();
    })
    //滚动条距离大于200不显示小火箭
    addEvent(window, 'scroll', function(){
      _self.isBtnShow();
    })
  }
  AutoRead.prototype = {
    setAutoPlay: function(){
      if(playing){
        var _self = this;
        this.btnplay.style.background = 'url(./img/pause.png) no-repeat 0 0/100% 100%';
        // timer拿不到
        timer = setInterval(function(){
          window.scrollBy(0,1);
          console.log(htmlHeight, nowView, _self.sTopScroll);
          if(htmlHeight <= nowView + _self.sTopScroll){
            _self.btnplay.style.background = 'url(./img/playing.png) no-repeat 0 0/100% 100%';
            clearInterval(timer);
          }
        },1);
        // if(htmlHeight <= nowView + sTopScroll){
        //   this.btnplay.style.background = 'url(./img/playing.png) no-repeat 0 0/100% 100%';
        //   playing = false;
        //   clearInterval(timer);
        // }
      }
      // console.log(htmlHeight, nowView, sTopScroll);


    },
    isBtnShow: function(){
      var sTopScroll = getScrollOffset().top;
      this.btnTop.style.display = sTopScroll >= 200 ? 'block' : 'none';
    }
  }
  window.AutoRead = AutoRead;
})();

Loaded but not shown: 自动阅读插件/js/utils.js (61 lines, source omitted)

After the next save:
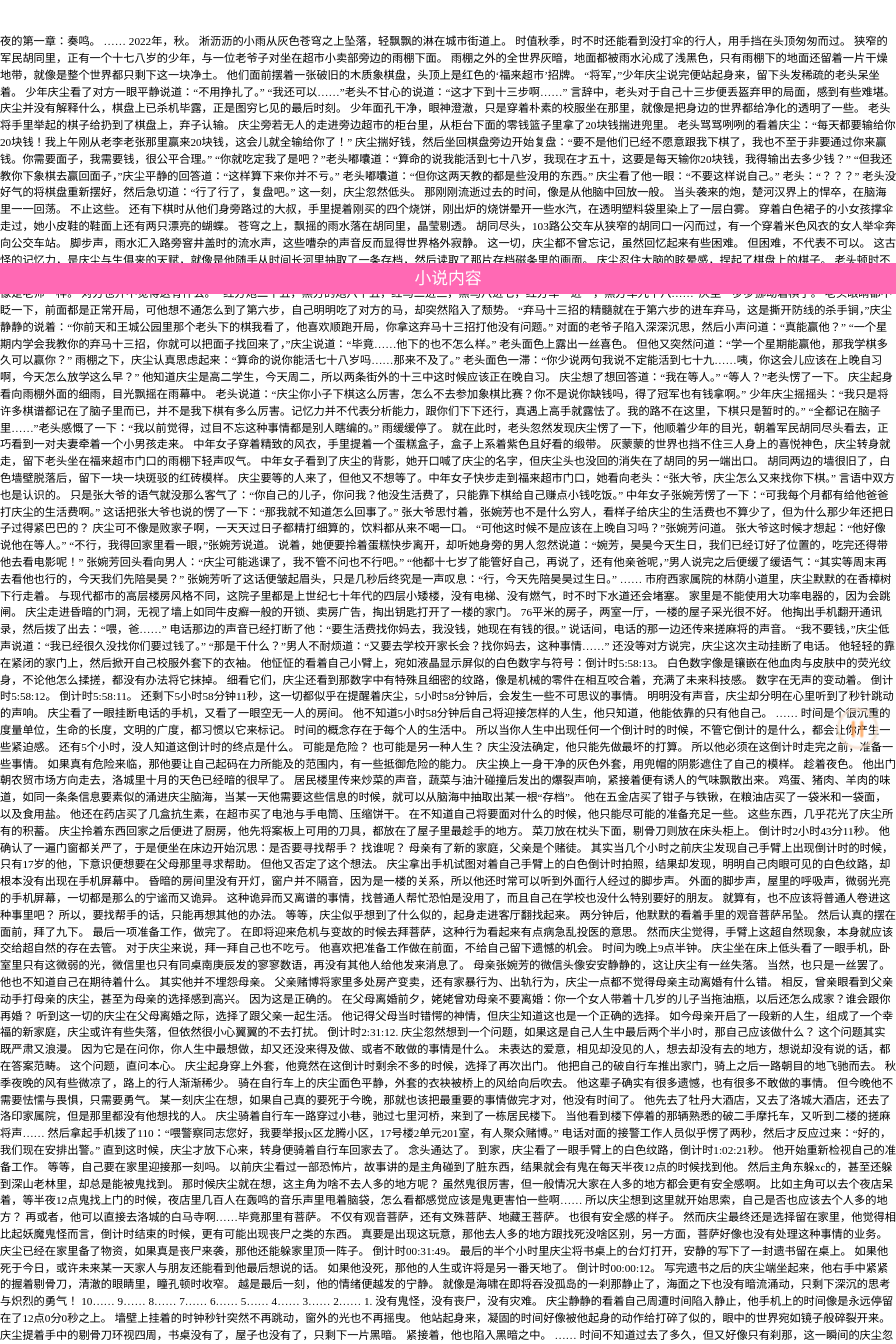
Console error: TypeError: Cannot read properties of undefined (reading 'style')
Saved 64 s later.
--- a/自动阅读插件/js/auto_read.js
+++ b/自动阅读插件/js/auto_read.js
@@ -24,14 +24,13 @@
   AutoRead.prototype = {
     setAutoPlay: function(){
       if(playing){
-        var _self = this;
         this.btnplay.style.background = 'url(./img/pause.png) no-repeat 0 0/100% 100%';
         // timer拿不到
         timer = setInterval(function(){
           window.scrollBy(0,1);
-          console.log(htmlHeight, nowView, _self.sTopScroll);
-          if(htmlHeight <= nowView + _self.sTopScroll){
-            _self.btnplay.style.background = 'url(./img/playing.png) no-repeat 0 0/100% 100%';
+          var sTopScroll = getScrollOffset().top;
+          if(htmlHeight <= nowView + sTopScroll){
+            this.btnplay.style.background = 'url(./img/playing.png) no-repeat 0 0/100% 100%';
             clearInterval(timer);
           }
         },1);

After the 3 saves that followed:
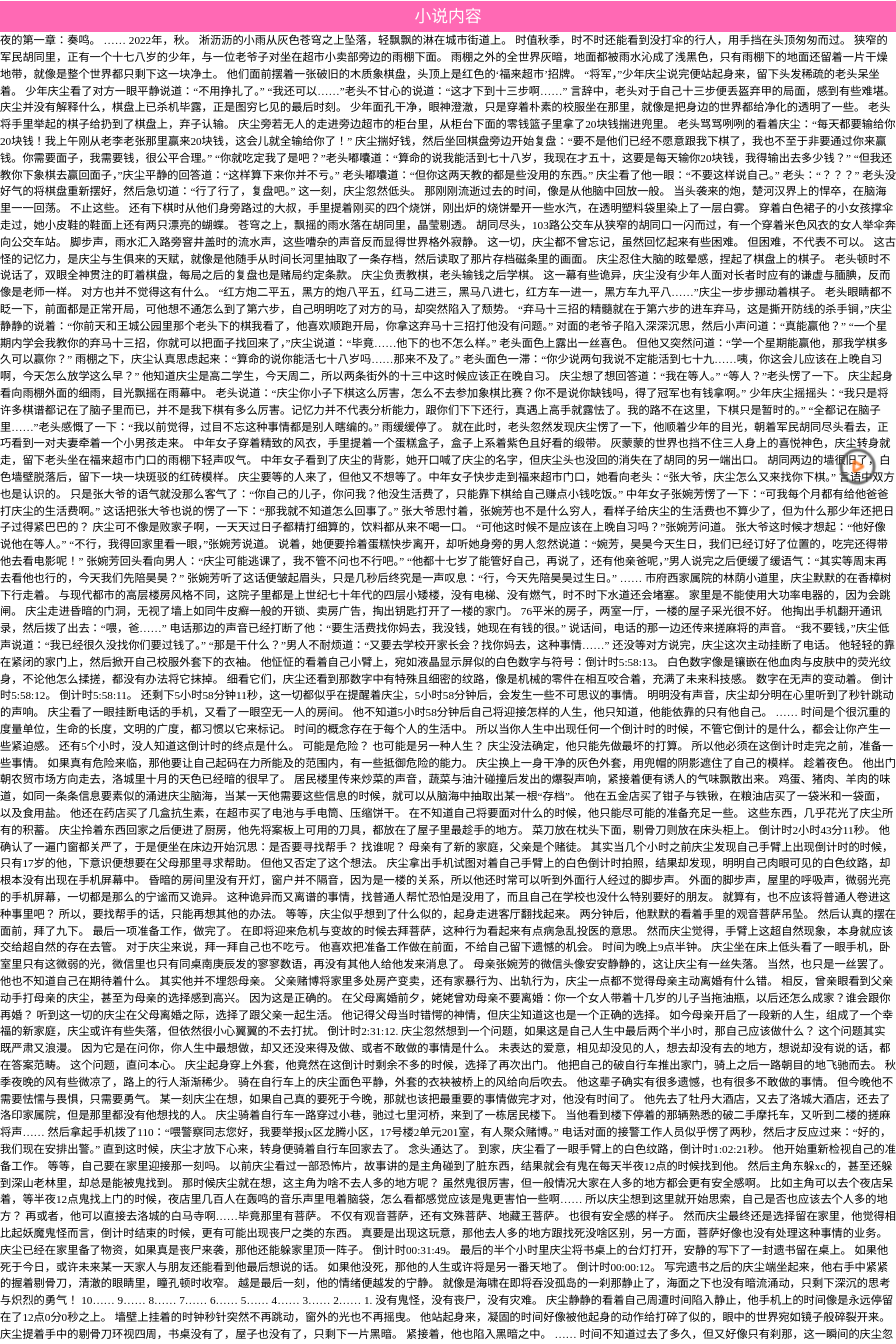
The error is gone.
The 3 saves are shown as one change because 2 left the picture as it was.
The last was saved 49 s later.
--- a/自动阅读插件/js/auto_read.js
+++ b/自动阅读插件/js/auto_read.js
@@ -26,11 +26,13 @@
       if(playing){
         this.btnplay.style.background = 'url(./img/pause.png) no-repeat 0 0/100% 100%';
         // timer拿不到
+        var kk = this;
         timer = setInterval(function(){
           window.scrollBy(0,1);
           var sTopScroll = getScrollOffset().top;
+          console.log(sTopScroll);
           if(htmlHeight <= nowView + sTopScroll){
-            this.btnplay.style.background = 'url(./img/playing.png) no-repeat 0 0/100% 100%';
+            kk.btnplay.style.background = 'url(./img/playing.png) no-repeat 0 0/100% 100%';
             clearInterval(timer);
           }
         },1);
